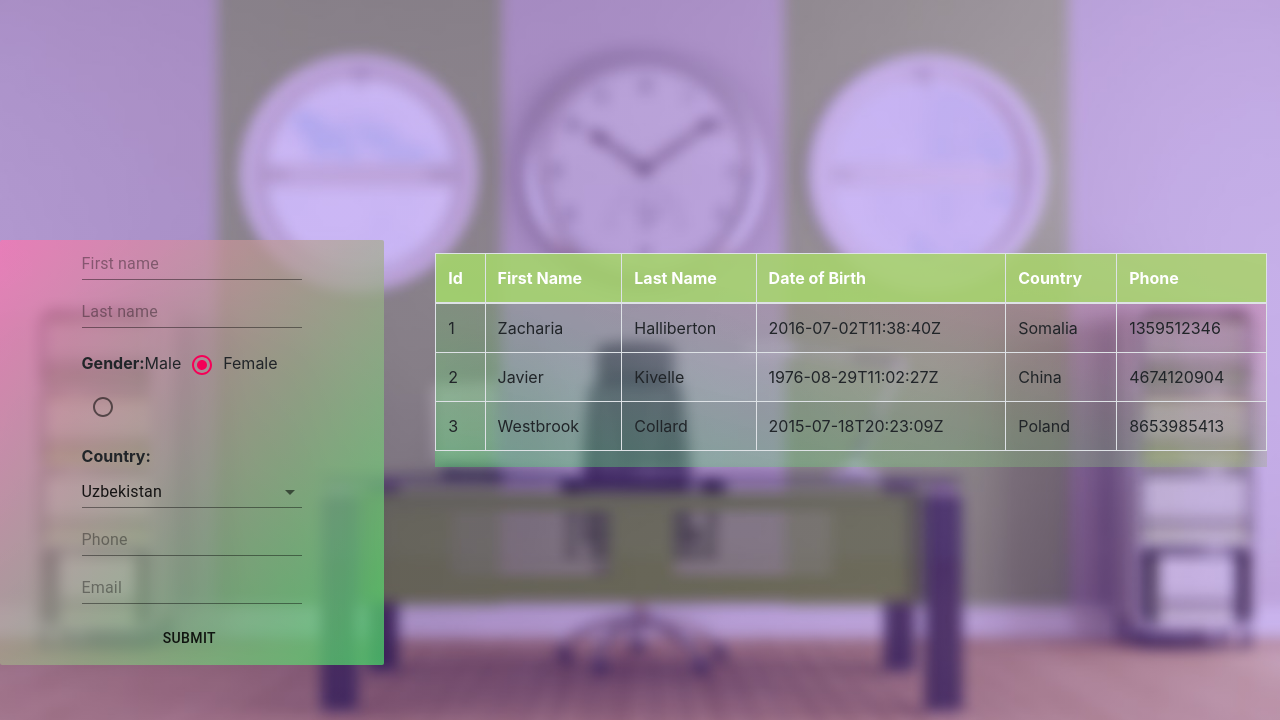
Repository: abrorsaidov/table-table
Page: /
The author's editor kept a copy of each file at every save. The page is drawn from the files as they stood at one save, then again after the next save.
The browser window is 1280 px wide. The pictures show the whole page.
The project was rebuilt for these pictures with package versions that can differ from the ones it lists, and the page was loaded fresh each time. Also part of the build but not shown: src/components/ComponentC.js.

Above is the page before, as saved 2020-12-05 01:12:18.

### src/App.js
import React, { useContext } from 'react';
import './App.css';
import UserContext from './components/userContext';
import State from './components/state';
import ComponentC from './components/ComponentC';
import Forms from './components/Forms';
import MyTable from './components/MyTable';

function App() {
    return (
        <State>
            <div className='App'>
                <Forms />
                <MyTable />
            </div>
        </State>
    );
}

export default App;

### src/App.css
@import url("https://fonts.googleapis.com/css2?family=Nunito+Sans:wght@200&display=swap");

* {
  margin: 0;
  padding: 0;
}

body {
  background: linear-gradient(
      to bottom right,
      rgba(104, 37, 238, 0.3),
      rgba(104, 37, 238, 0.3)
    ),
    url("../src/office.jpg");
  background-attachment: fixed;
  background-repeat: no-repeat;
  font-family: "Nunito Sans", sans-serif;
  background-size: cover;
}

.form-wrapper {
  background: linear-gradient(
    to bottom right,
    rgba(255, 114, 175, 0.7),
    rgba(75, 226, 105, 0.7)
  );
  display: flex;
  flex-direction: column;
  justify-content: center;
  align-items: center;
  width: 30%;
  left: 10%;
  border-radius: 2px;
  margin-top: 15em;
  /* transform: translateY(50%); */
  padding: 0.5em;
}

.text {
  width: 60%;
}
.text .country {
  display: flex;
  justify-content: space-between;
}
.text {
  margin-bottom: 1em;
}
label.main {
  font-weight: bold;
}

.submit-btn {
  background: rgba(129, 232, 27, 0.912);
  width: 60%;
  text-align: center;
  border-radius: 7px;
}
small.error {
  display: block;
  color: red;
}
small.hide {
  color: red;
  display: none;
}

option {
  cursor: pointer;
}

.inputs {
  width: 100%;
}

.myTable {
  background: linear-gradient(
    to top right,
    rgba(75, 226, 105, 0.4),
    rgba(255, 114, 175, 0.337)
  );
  position: absolute;
  width: 65%;
  top: 50%;
  transform: translateY(-50%);
  right: 1%;
  color: white;
  /* justify-content: center;
  display: flex; */
}

thead {
  background: rgba(165, 216, 106, 0.83);
  color: white;
}

### src/components/state.js
import React, { useReducer } from 'react';
import reducer from './reducer';
import UserContext from './userContext';

const State = props => {
    const initialState = {
        loading: false,
    };

    const [state, dispatch] = useReducer(reducer, initialState);

    const setLoading = () => {
        dispatch({
            type: 'LOADING',
        });
    };

    const clearLoading = () => {
        dispatch({
            type: 'CLEAR_LOADING',
        });
    };

    return (
        <UserContext.Provider
            value={{ loading: state.loading, setLoading, clearLoading }}
        >
            {props.children}
        </UserContext.Provider>
    );
};

export default State;

### src/components/MyTable.js
import React, { useMemo } from "react";
import { useTable } from "react-table";
import MOCK_DATA from "./MOCK_DATA.json";
import { COLUMNS } from "./columns";
import { Table } from "react-bootstrap";
import "bootstrap/dist/css/bootstrap.min.css";

const MyTable = () => {
  const columns = useMemo(() => COLUMNS, []);
  const data = useMemo(() => MOCK_DATA, []);

  const tableInstance = useTable({
    columns,
    data,
  });

  const {
    getTableProps,
    getTableBodyProps,
    headerGroups,
    rows,
    prepareRow,
  } = tableInstance;

  return (
    <div className="myTable">
      <Table striped bordered hover className={""} {...getTableProps()}>
        <thead>
          {headerGroups.map((headerGroup) => (
            <tr {...headerGroup.getHeaderGroupProps()}>
              {headerGroup.headers.map((column) => (
                <th {...column.getHeaderProps()}>{column.render("Header")}</th>
              ))}
            </tr>
          ))}
        </thead>
        <tbody {...getTableBodyProps()}>
          {rows.map((row) => {
            prepareRow(row);
            return (
              <tr {...row.getRowProps()}>
                {row.cells.map((cell) => {
                  return (
                    <td {...cell.getCellProps()}>{cell.render("Cell")}</td>
                  );
                })}
              </tr>
            );
          })}
        </tbody>
      </Table>
    </div>
  );
};

export default MyTable;

### src/components/reducer.js
export default (state, action) => {
    switch (action.type) {
        case 'LOADING':
            return {
                ...state,
                loading: true,
            };
        case 'CLEAR_LOADING':
            return {
                ...state,
                loading: false,
            };
    }
};

### src/components/columns.js
export const COLUMNS = [
    {
        Header: 'Id',
        accessor: 'id',
    },
    {
        Header: 'First Name',
        accessor: 'first_name',
    },
    {
        Header: 'Last Name',
        accessor: 'last_name',
    },
    {
        Header: 'Date of Birth',
        accessor: 'date_of_birth',
    },
    {
        Header: 'Country',
        accessor: 'country',
    },
    {
        Header: 'Phone',
        accessor: 'phone',
    },
];

Loaded but not shown: public/index.html (common file); src/index.js (common file); src/index.css (common file); src/reportWebVitals.js (common file); src/components/userContext.js (common file); src/components/MOCK_DATA.json (32 lines, source omitted); src/components/Forms.js (492 lines, source omitted)

After the next save:
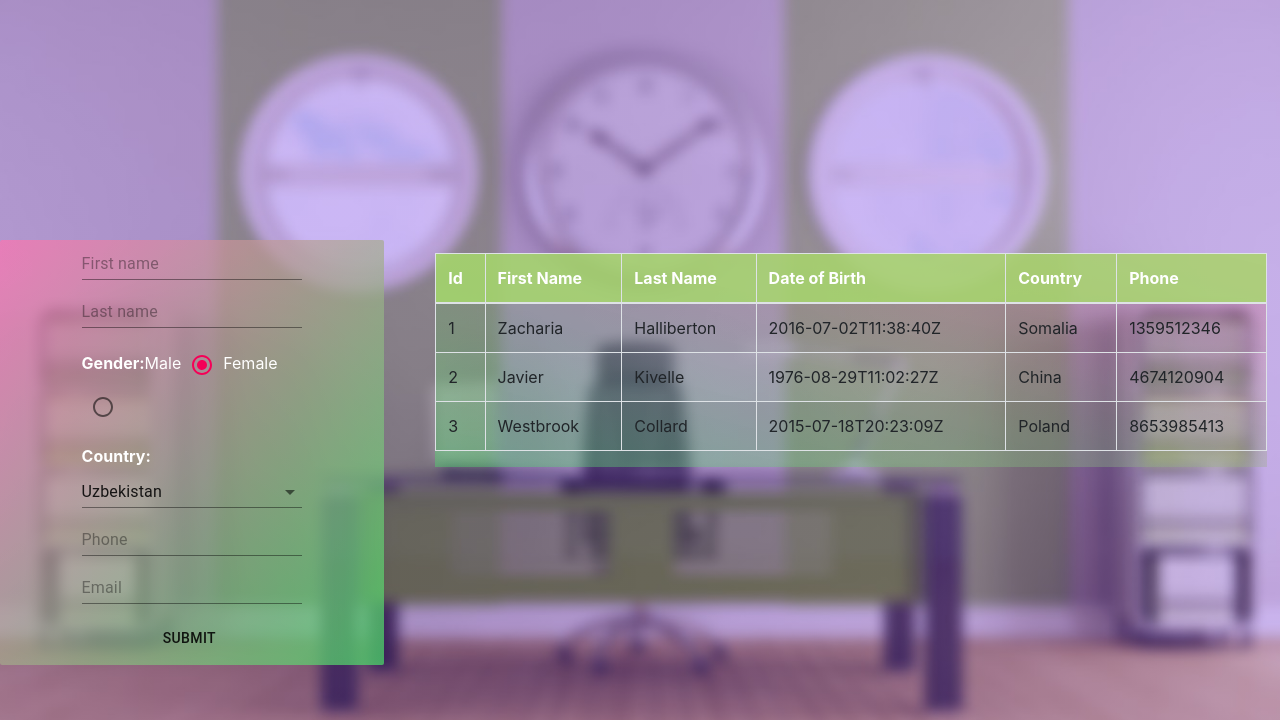
Saved 39 s later.
--- a/src/App.css
+++ b/src/App.css
@@ -34,6 +34,7 @@
   margin-top: 15em;
   /* transform: translateY(50%); */
   padding: 0.5em;
+  color: white;
 }
 
 .text {
@@ -84,7 +85,6 @@
   top: 50%;
   transform: translateY(-50%);
   right: 1%;
-  color: white;
   /* justify-content: center;
   display: flex; */
 }

After the save that followed:
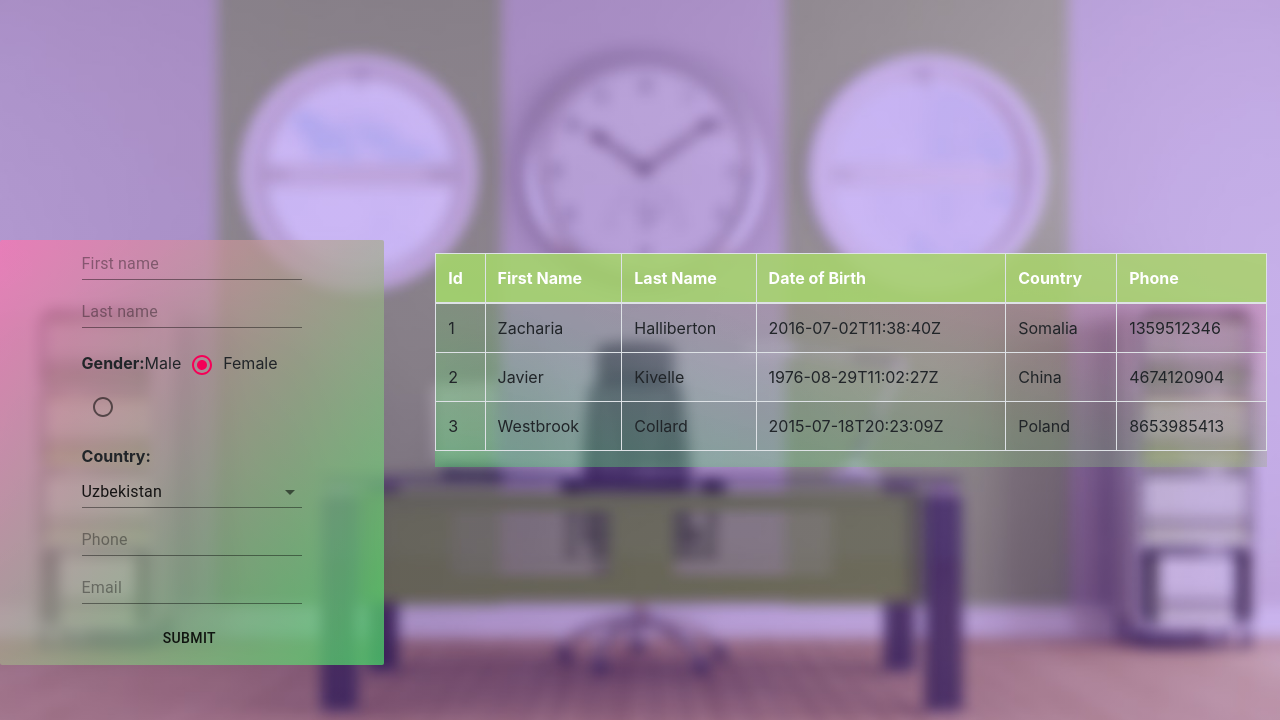
Saved 9 s later.
--- a/src/App.css
+++ b/src/App.css
@@ -34,7 +34,6 @@
   margin-top: 15em;
   /* transform: translateY(50%); */
   padding: 0.5em;
-  color: white;
 }
 
 .text {
